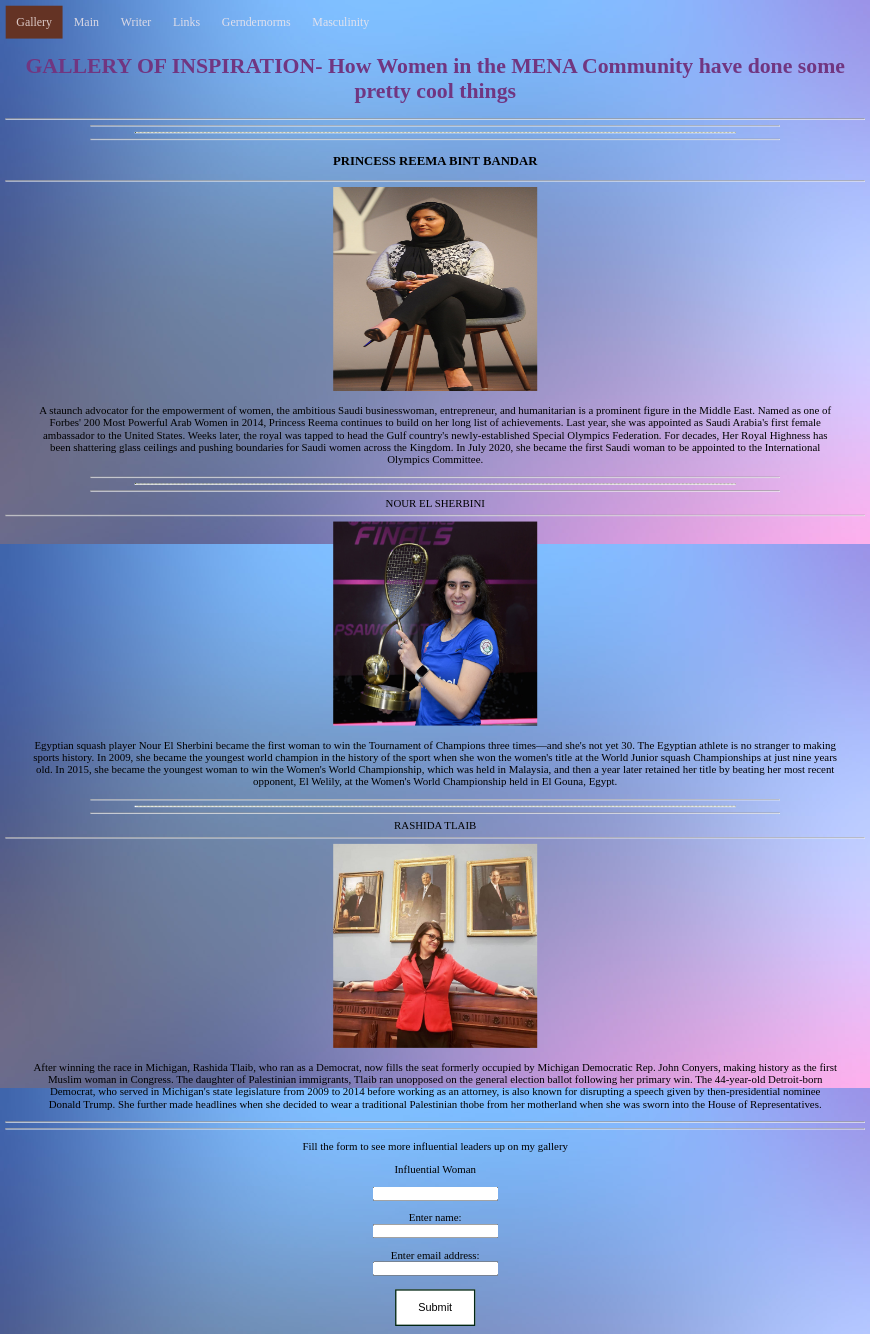
Repository: Lujaina-E/womens-rights-site
Page: gallery.html
The author's editor kept a copy of each file at every save. The page is drawn from the files as they stood at one save, then again after the next save.
The browser window is 1280 px wide. The pictures show the whole page, at 68% of full size.
Backgrounds fixed to the window are drawn as part of the page.

Above is the page before, as saved 2022-07-26 00:05:12.

After the next save:
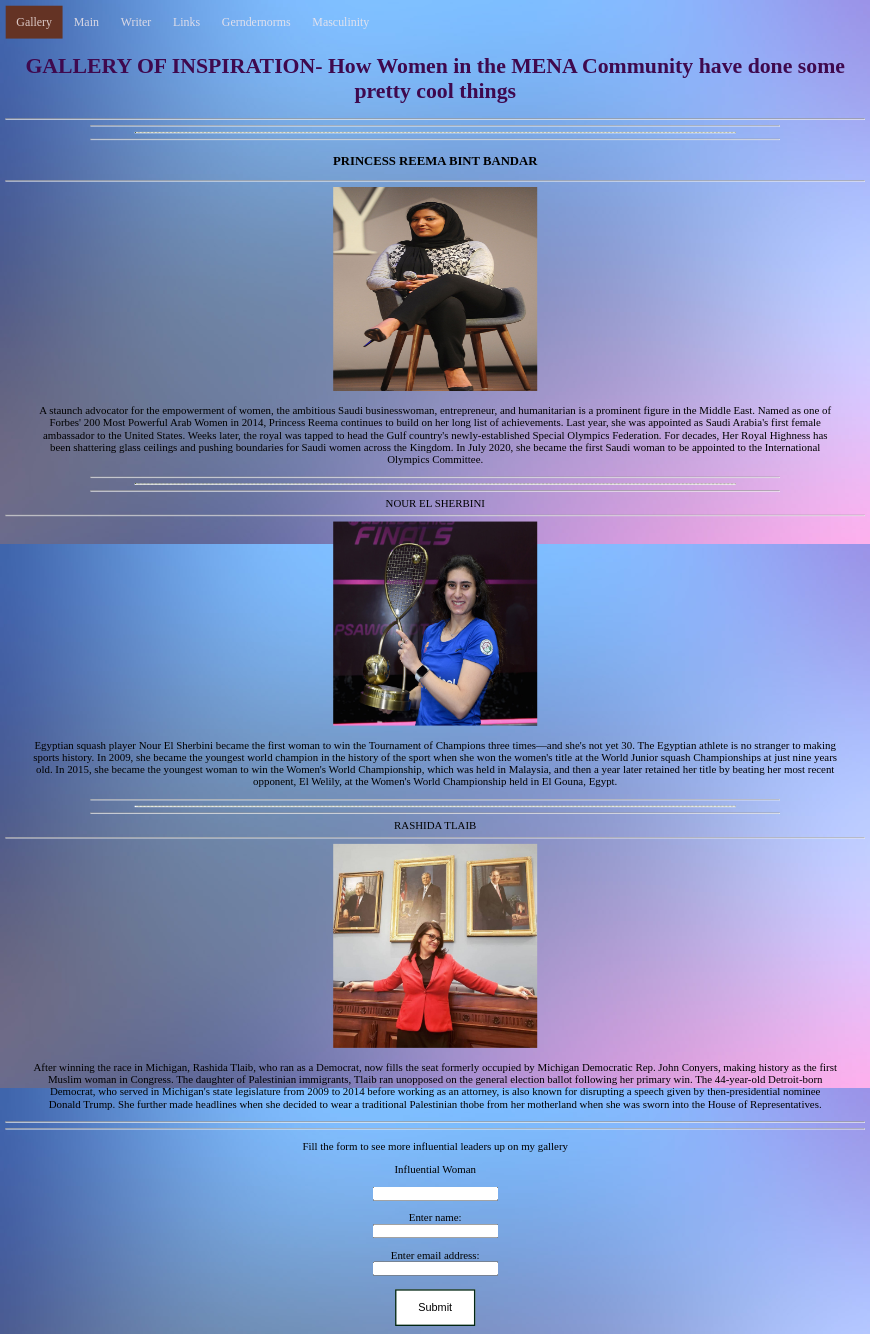
Saved 12 s later.
--- a/galleryStyle.css
+++ b/galleryStyle.css
@@ -33,7 +33,7 @@
         }
 
         #pageTitle{
-          color: rgb(113, 54, 129);
+          color: rgb(63, 9, 78);
         }
 
         .galleryPhoto{
